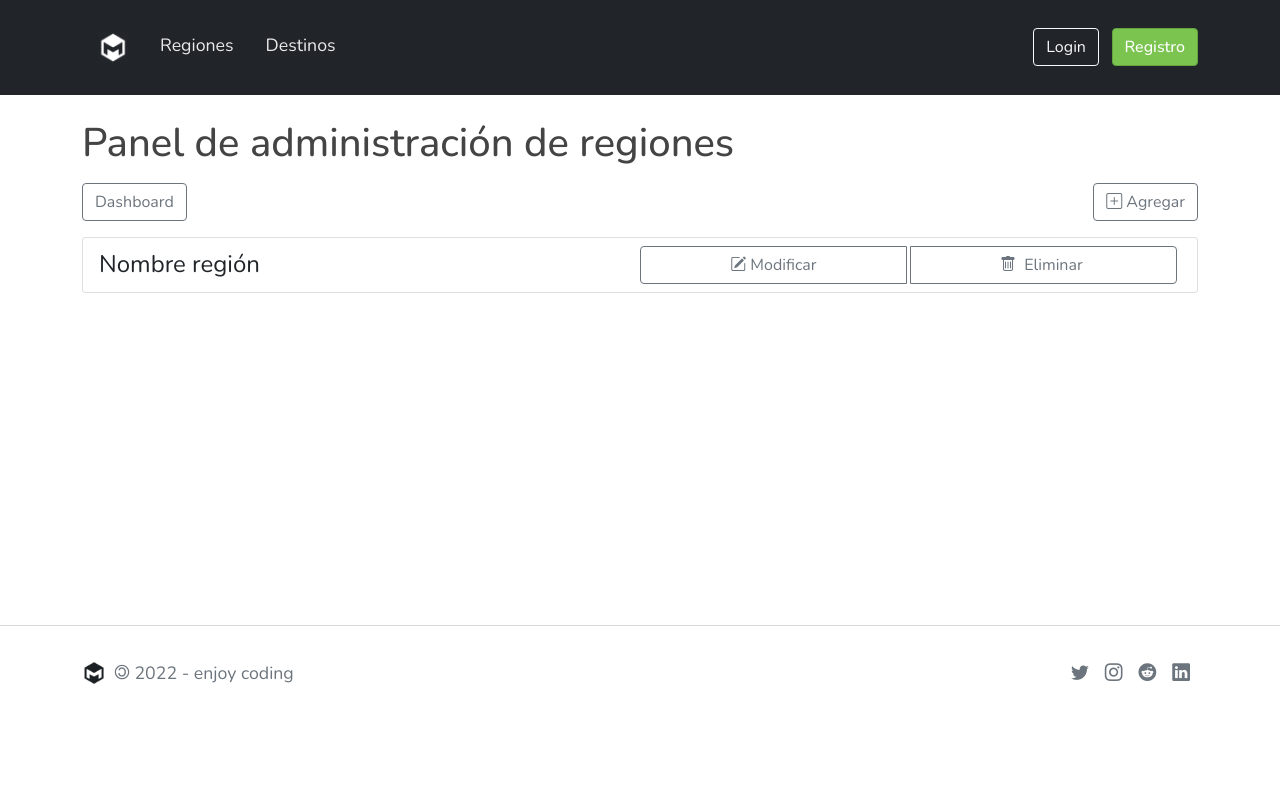
Repository: kevin-meza/cursoLaravel
Page: http://localhost/regiones
The author's editor kept a copy of each file at every save. The page is drawn from the files as they stood at one save, then again after the next save.
The browser window is 1280 px wide. The pictures show the whole page.
The page is served by the project's Laravel application, run on PHP 8.4 with Laravel 9. Other server files are loaded and not shown. Queries for data that is not in the repository find no rows.

Above is the page before, as saved 2022-06-30 11:09:15.

### routes/web.php
<?php

use Illuminate\Support\Facades\Route;

/*
|--------------------------------------------------------------------------
| Web Routes
|--------------------------------------------------------------------------
|
| Here is where you can register web routes for your application. These
| routes are loaded by the RouteServiceProvider within a group which
| contains the "web" middleware group. Now create something great!
|
*/

Route::get('/', function () {
    return view('welcome');
});

Route::get('/saludo', function () {
    return view('hola');
});

Route::get('/form', function () {
    return view('form');
});
Route::post('/procesa', function () {
    $nombre=request()->input('nombre');
$users=['Admin','Supervisor','Operador','Invitado'];
    return view('procesa',
            [
                'nombre'=>$nombre,
                'users'=>$users
            ]);
});
// Route::get('/param/{z}/{y}', function ($nombre ,$numero) {
//     return 'Nombre:'.$nombre.' N°=:'.$numero;
// });
//desde la plantilla nueva ruta

Route::get('/inicio', function () {
    return view('inicio');
});
###crud de regiones#####

Route::get('/regiones',function(){

$regiones = DB::select('SELECT idRegion,regNombre FROM regiones');

return view('regiones',
            [
                'regiones'=>$regiones,

            ]);
});

### resources/views/regiones.blade.php
@extends('layouts.plantilla')
@section('contenido')

    <h1>Panel de administración de regiones</h1>



    <div class="row my-3 d-flex justify-content-between">
        <div class="col">
            <a href="/admin" class="btn btn-outline-secondary">
                Dashboard
            </a>
        </div>
        <div class="col text-end">
            <a href="/region/create" class="btn btn-outline-secondary">
                <i class="bi bi-plus-square"></i>
                Agregar
            </a>
        </div>
    </div>


    <ul class="list-group">
@foreach ($regiones as $region)

@endforeach
        <li class="col-md-6 list-group-item list-group-item-action d-flex justify-content-between">
            <div class="col">
                <span class="fs-4">Nombre región</span>
            </div>
            <div class="col text-end btn-group">
                <a href="/region/edit/id" class="btn btn-outline-secondary me-1">
                    <i class="bi bi-pencil-square"></i>
                    Modificar
                </a>
                <a href="/region/delete/id" class="btn btn-outline-secondary me-1">
                    <i class="bi bi-trash"></i>
                    &nbsp;Eliminar&nbsp;
                </a>
            </div>
        </li>

    </ul>

@endsection

### resources/views/layouts/plantilla.blade.php
@include ('layouts.header')

@include('layouts.nav')
<main class="container py-4">

    @yield('contenido')
</main>


@include('layouts.footer')

### resources/views/layouts/header.blade.php
<!doctype html>
<html lang="en">
<head>
    <meta charset="UTF-8">
    <meta name="viewport"
          content="width=device-width, user-scalable=no, initial-scale=1.0, maximum-scale=1.0, minimum-scale=1.0">
    <title>PHP Travel</title>
    <link rel="stylesheet" href="https://cdn.jsdelivr.net/npm/bootstrap-icons@1.8.1/font/bootstrap-icons.css">
    <link href="https://cdn.jsdelivr.net/npm/bootstrap@5.1.3/dist/css/bootstrap.min.css" rel="stylesheet" integrity="sha384-1BmE4kWBq78iYhFldvKuhfTAU6auU8tT94WrHftjDbrCEXSU1oBoqyl2QvZ6jIW3" crossorigin="anonymous">
    <script src="https://cdn.jsdelivr.net/npm/sweetalert2@11"></script>
    <link rel="stylesheet" href="/css/app.css">
</head>
<body>

### resources/views/layouts/nav.blade.php
<!-- header/nav -->
<header class="p-4 bg-dark text-white">
    <div class="container">
        <div class="d-flex flex-wrap align-items-center justify-content-center justify-content-lg-start">

            <ul class="nav col-12 col-lg-auto me-lg-auto mb-2 justify-content-center mb-md-0">
                <li><a href="index.php" class="nav-link px-3">
                        <img src="/imagenes/m-iso.jpg" id="m-logo" alt="logo">
                    </a>
                </li>
                <li><a href="/regiones" class="nav-link px-3 text-white a-menu">Regiones</a></li>
                <li><a href="/destinos" class="nav-link px-3 text-white a-menu">Destinos</a></li>
            </ul>


            <div class="text-end">

                <button type="button" class="btn btn-outline-light me-2">Login</button>
                <button type="button" class="btn btn-warning">Registro</button>

                <!-- si está logueado -->
                <!-- si está logueado -->
                <!--
                <div class="dropdown">
                    <button class="btn btn-dark dropdown-toggle" type="button" id="dropdownMenuButton2" data-bs-toggle="dropdown" aria-expanded="false">
                        Nombre Apellido
                    </button>
                    <ul class="dropdown-menu dropdown-menu-dark" aria-labelledby="dropdownMenuButton2">
                        <li>
                            <a class="dropdown-item" href="logout.php">
                                <i class="bi bi-box-arrow-right"></i>
                                Salir de admin
                            </a>
                        </li>
                        <li><hr class="dropdown-divider"></li>
                        <li>
                            <a class="dropdown-item" href="#">
                                <i class="bi bi-file-person"></i>
                                Modificar perfil
                            </a>
                        </li>
                        <li>
                            <a class="dropdown-item" href="#">
                                <i class="bi bi-key"></i>
                                Modificar contraseña
                            </a>
                        </li>
                    </ul>
                </div>
                -->
                <!-- si está logueado -->

            </div>
        </div>
    </div>
</header>
<!-- header -->

### resources/views/layouts/footer.blade.php

    <footer>
        <div class="container d-flex flex-wrap justify-content-between align-items-center py-2 my-4">
            <div class="col-md-4 d-flex align-items-center">
                <img src="/imagenes/m-iso-2.jpg" alt="logo" id="m-iso-2">
                <span class="text-muted"><span id="copyleft">🄯</span> 2022 - enjoy coding</span>
            </div>

            <ul class="nav col-md-4 justify-content-end list-unstyled d-flex pe-2">
                <li class="ms-3"><a class="text-muted" href="#"><i class="bi bi-twitter"></i></a></li>
                <li class="ms-3"><a class="text-muted" href="#"><i class="bi bi-instagram"></i></a></li>
                <li class="ms-3"><a class="text-muted" href="#"><i class="bi bi-reddit"></i></a></li>
                <li class="ms-3"><a class="text-muted" href="#"><i class="bi bi-linkedin"></i></a></li>
            </ul>
        </div>
    </footer>
<!-- JavaScript Bundle with Popper -->
<script src="https://cdn.jsdelivr.net/npm/bootstrap@5.1.3/dist/js/bootstrap.bundle.min.js" integrity="sha384-ka7Sk0Gln4gmtz2MlQnikT1wXgYsOg+OMhuP+IlRH9sENBO0LRn5q+8nbTov4+1p" crossorigin="anonymous"></script>
</body>
</html>

### public/css/app.css
@import url('https://fonts.googleapis.com/css2?family=Nunito:wght@300;400;500&display=swap');

body{
    font-family: Nunito, sans-serif;
    font-weight: 300;
    font-size: 1.11em;
    color: #444444;
}
/* header - nav */
#m-logo{
    width: 30px;
}
.a-menu{
    transition: .3s;
    border-bottom: 1px solid #222529;
    opacity: .9;
}
.a-menu:hover{
    border-bottom: 2px solid #95D073;
    opacity: 1;
}

.btn-warning{
    background-color: #7BC450;
    border-color: #64a340;
    font-weight: 500;
    color: #fff;
}
.btn-warning:hover{
    background-color: #95D073;
    border-color: #64a340;
    color: #fff;
}

/* main */
main{
    min-height: 600px;
    margin-bottom: 100px;
}

    .producto{
        display: flex;
        flex-wrap: wrap;
        justify-content: center;
        padding: 10px;
        box-shadow: 0px 0px 10px #d9d9d9;
        border-radius: 10px;
    }
    .producto img{
        width: 100%;
        border-radius: 10px;
    }
    .producto h2{
        font-size: 20px;
        width: 100%;
        padding: 10px 0px 0px 2px;
    }
    .precio{
        position: relative;
        top: -100px;
        left: 80px;
        padding: 4px 20px;
        background-color: #7BC450;
        color: #fff;
        font-weight: 500;
        border-radius: 20px;
    }
    .precio2{
        padding: 4px 20px;
        background-color: #7BC450;
        color: #fff;
        font-weight: 500;
        border-radius: 20px;
    }
    .precio3{
        color: #6cad47;
        font-size: 1.12em;
        font-weight: 500;
    }

footer{
    position: fixed;
    bottom: 0px;
    width: 100%;
    background-color: #fff;
    border-top: 1px solid #d9d9d9;
}
    #m-iso-2{
        width: 24px;
        margin-right: 8px;
    }
    #copyleft{
        font-size: 20px;
        /* transform: rotate(180deg); */
    }

Loaded but not shown: app/Providers/AppServiceProvider.php (common file)

After the next save:
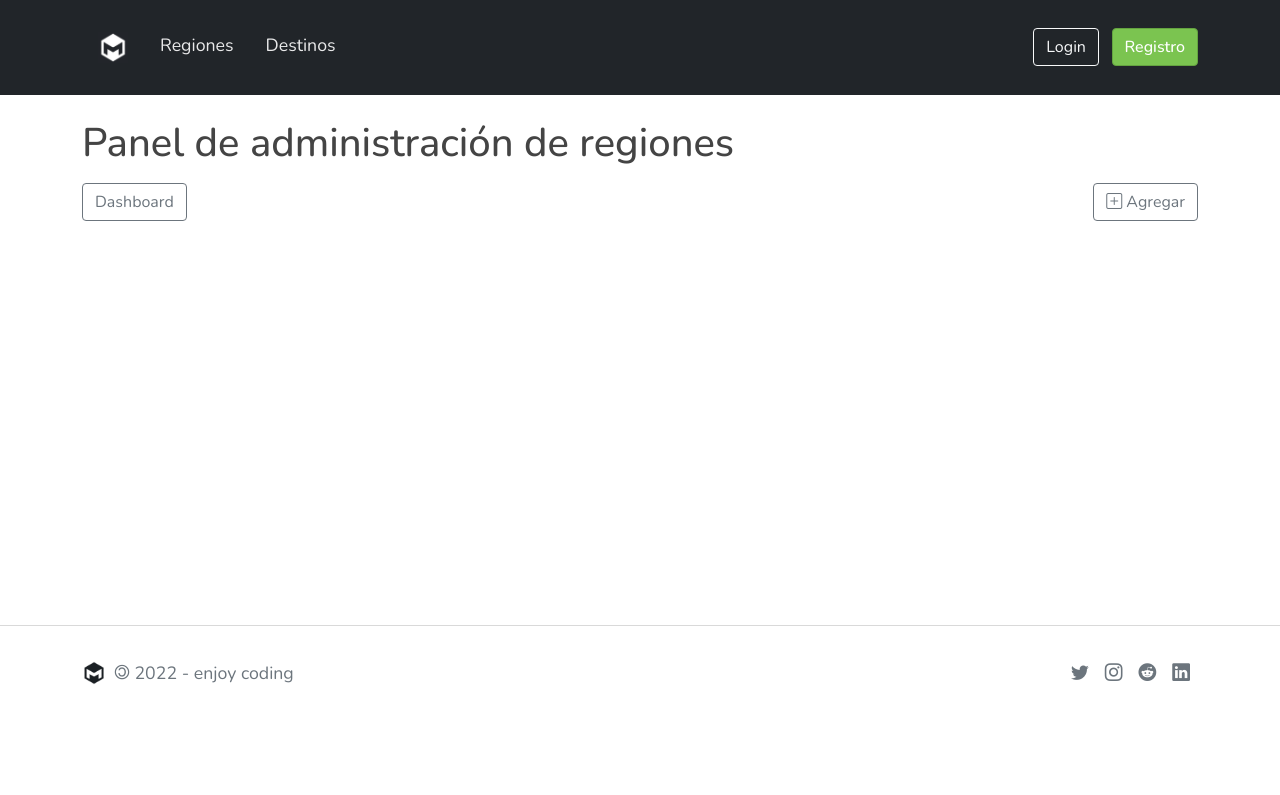
Saved 51 s later.
--- a/resources/views/regiones.blade.php
+++ b/resources/views/regiones.blade.php
@@ -23,10 +23,10 @@
     <ul class="list-group">
 @foreach ($regiones as $region)
 
-@endforeach
+
         <li class="col-md-6 list-group-item list-group-item-action d-flex justify-content-between">
             <div class="col">
-                <span class="fs-4">Nombre región</span>
+                <span class="fs-4"> {{$region}}</span>
             </div>
             <div class="col text-end btn-group">
                 <a href="/region/edit/id" class="btn btn-outline-secondary me-1">
@@ -39,7 +39,7 @@
                 </a>
             </div>
         </li>
-
+        @endforeach
     </ul>
 
 @endsection
